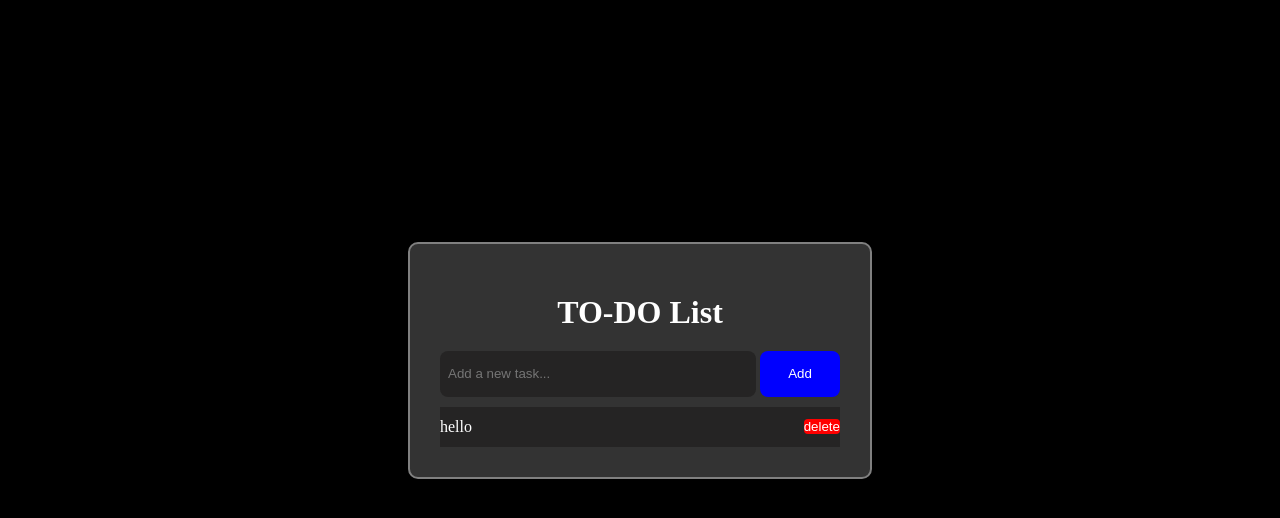
Repository: ksusmitha879-cyber/todo-list
Page: index.html
The author's editor kept a copy of each file at every save. The page is drawn from the files as they stood at one save, then again after the next save.
The browser window is 1280 px wide. The pictures show the whole page.

Above is the page before, as saved 2025-11-28 02:40:25.

### index.html
<!DOCTYPE html>
<html lang="en">
<head>
    <meta charset="UTF-8">
    <meta name="viewport" content="width=device-width, initial-scale=1.0">
    <title>TO-DO List</title>
    <link rel="stylesheet" href="style.css">
</head>
<body>
    <div class="container">
        <h1>TO-DO List</h1>
        <div class="input-container">
            <input type="text" id="todo-input" placeholder="Add a new task..."/>
            <button>Add</button>
        </div>
        <ul id="todo-list">
            <li>
                <span>hello</span>
                <button>delete</button>
            </li>
        </ul>
    </div>
</body>
</html>

### style.css
*{
    margin: 0;
    padding: 0;
    background-color: black;
    color: white;
}

html, body{
    height: 100%;
    display: grid;
    place-items: center;
}
.container{
    padding: 30px;
    background-color: rgb(51, 51, 51);
    width: 400px;
    height: auto;
    border: 2px solid grey;
    border-radius: 10px;
}
h1{
    display: flex;
    align-items: center;
    justify-content: center;
    background-color: rgb(51, 51, 51);
    margin: 20px;
}
.input-container{
    background-color: rgb(51, 51, 51);
    width: 100%;
    display: flex;
    justify-content: space-between;
}
input{
    background-color: #252424;
    color: white;
    width: 75%;
    height: 30px;
    border-radius: 8px;
    border-style: none;
    padding: 8px;
}
.input-container button{
    background-color: blue;
    color: white;
    width: 20%;
    height: auto;
    border-radius: 8px;
    border-style: none;
    padding: 8px;
    cursor: pointer;
}
ul{
    background-color: rgb(51, 51, 51);
}
li{
    background-color: #252424;
    list-style: none;
    margin-top: 10px;
    display: flex;
    align-items: center;
    justify-content: space-between;
    height: 40px;
    /* border-radius: 8px; */
}
span{
    background-color: #252424;
}
li button{
    background-color: red;
    border-radius: 4px;
    border-style: none;
    /* height: 40px; */
}

After the next save:
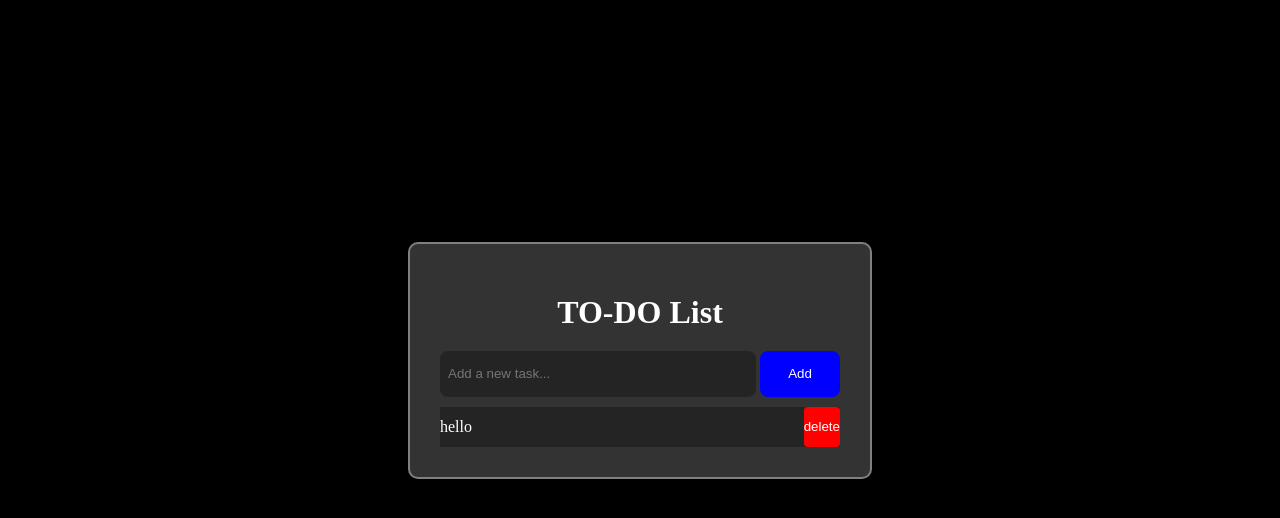
Saved 7 s later.
--- a/style.css
+++ b/style.css
@@ -70,5 +70,5 @@ li button{
     background-color: red;
     border-radius: 4px;
     border-style: none;
-    /* height: 40px; */
+    height: 40px;
 }
